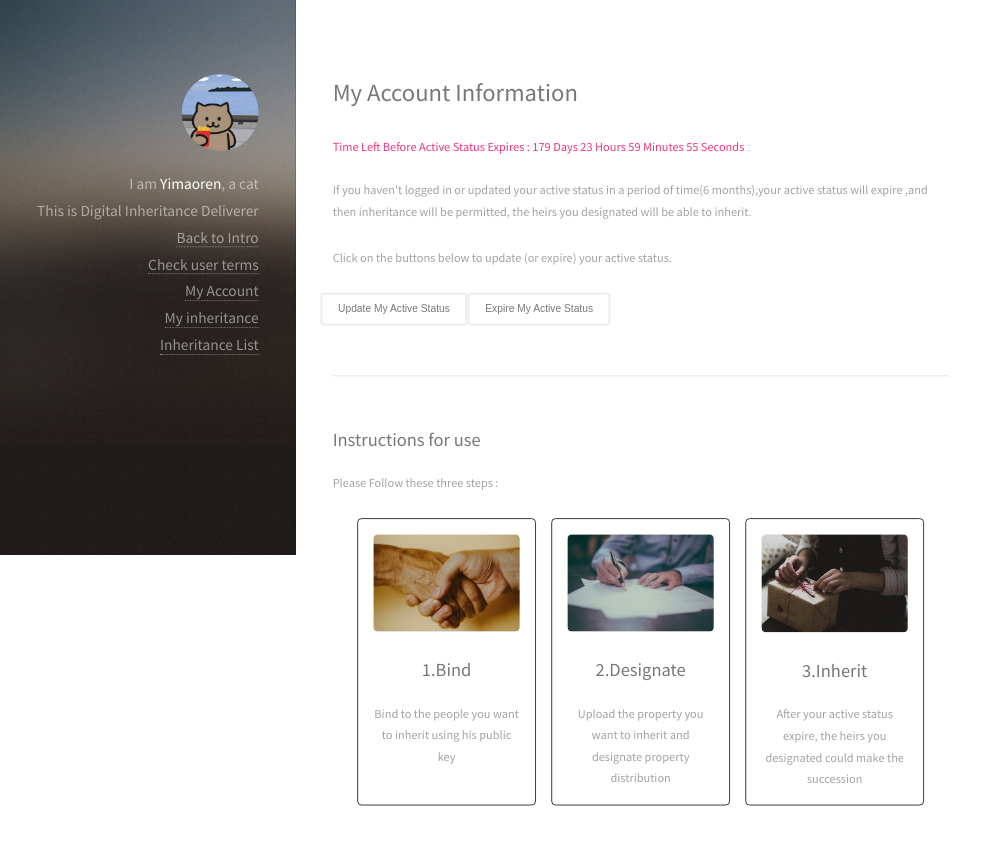
Repository: 1mocat/DID-blockchain-project
Page: Digital_I_D/app/src/myaccount.html
An editor plug-in stored every save of this project. The page is shown before and after the next save, followed by the edit.
The browser window is 1280 px wide. The pictures show the whole page, at 77% of full size.

Above is the page before, as saved 2023-10-02 23:57:44.

After the next save:
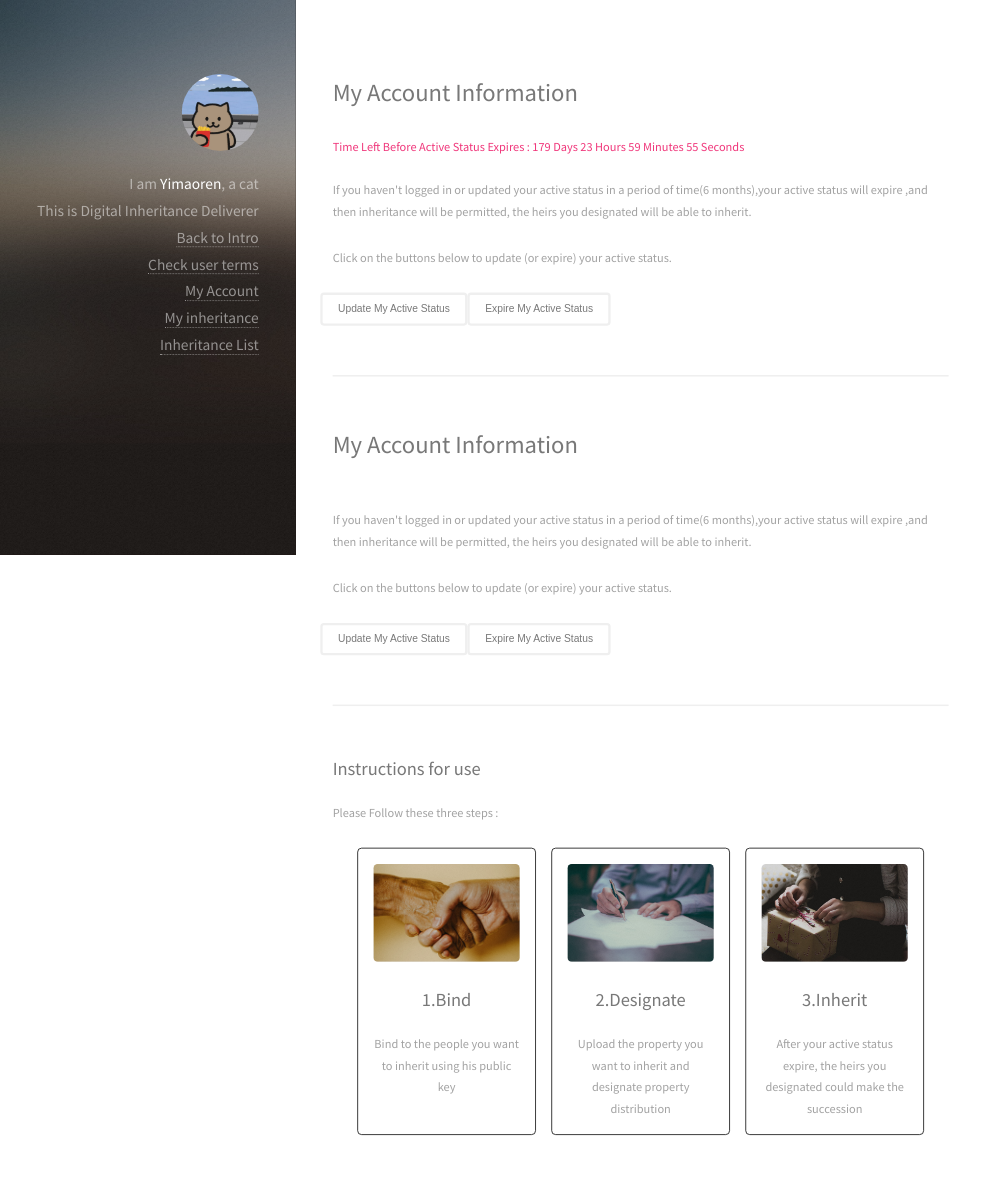
Console error: SyntaxError: Identifier 'targetDate' has already been declared
Saved 35 s later.
--- a/Digital_I_D/app/src/myaccount.html
+++ b/Digital_I_D/app/src/myaccount.html
@@ -100,7 +100,50 @@
 			</ul>
 		</section>
 
+		<section id="one">
+			<header class="major">
+				<h2>My Account Information</h2>
+				<div id="countdown"></div>
+				<script>
+					// 目标日期：当前日期 + 30*6 天
+					const targetDate = new Date();
+					targetDate.setDate(targetDate.getDate() + 30 * 6);
 
+					// 更新倒计时的函数
+					function updateCountdown() {
+						const currentDate = new Date();
+						const timeDifference = targetDate - currentDate;
+
+						if (timeDifference <= 0) {
+							document.getElementById('countdown').innerHTML = '倒计时结束';
+						} else {
+							const days = Math.floor(timeDifference / (1000 * 60 * 60 * 24));
+							const hours = Math.floor((timeDifference % (1000 * 60 * 60 * 24)) / (1000 * 60 * 60));
+							const minutes = Math.floor((timeDifference % (1000 * 60 * 60)) / (1000 * 60));
+							const seconds = Math.floor((timeDifference % (1000 * 60)) / 1000);
+
+							const countdownText = `Time Left Before Active Status Expires : ${days} Days ${hours} Hours ${minutes} Minutes ${seconds} Seconds`;
+							document.getElementById('countdown').innerHTML = countdownText;
+						}
+					}
+					// 初始调用更新倒计时
+					updateCountdown();
+					// 每秒更新一次倒计时
+					setInterval(updateCountdown, 1000);
+				</script>
+			</header>
+
+			<p><br>If you haven't logged in or updated your active status in a period of time(6 months),your active
+				status will expire ,and then inheritance will be permitted, the heirs you designated will be able to
+				inherit.
+				<br>
+			</p>
+			<p> Click on the buttons below to update (or expire) your active status. </p>
+			<ul class="actions">
+				<button onclick="" class="button">Update My Active Status </button>
+				<button onclick="" class="button">Expire My Active Status </button>
+			</ul>
+		</section>
 
 
 

After the 2 saves that followed:
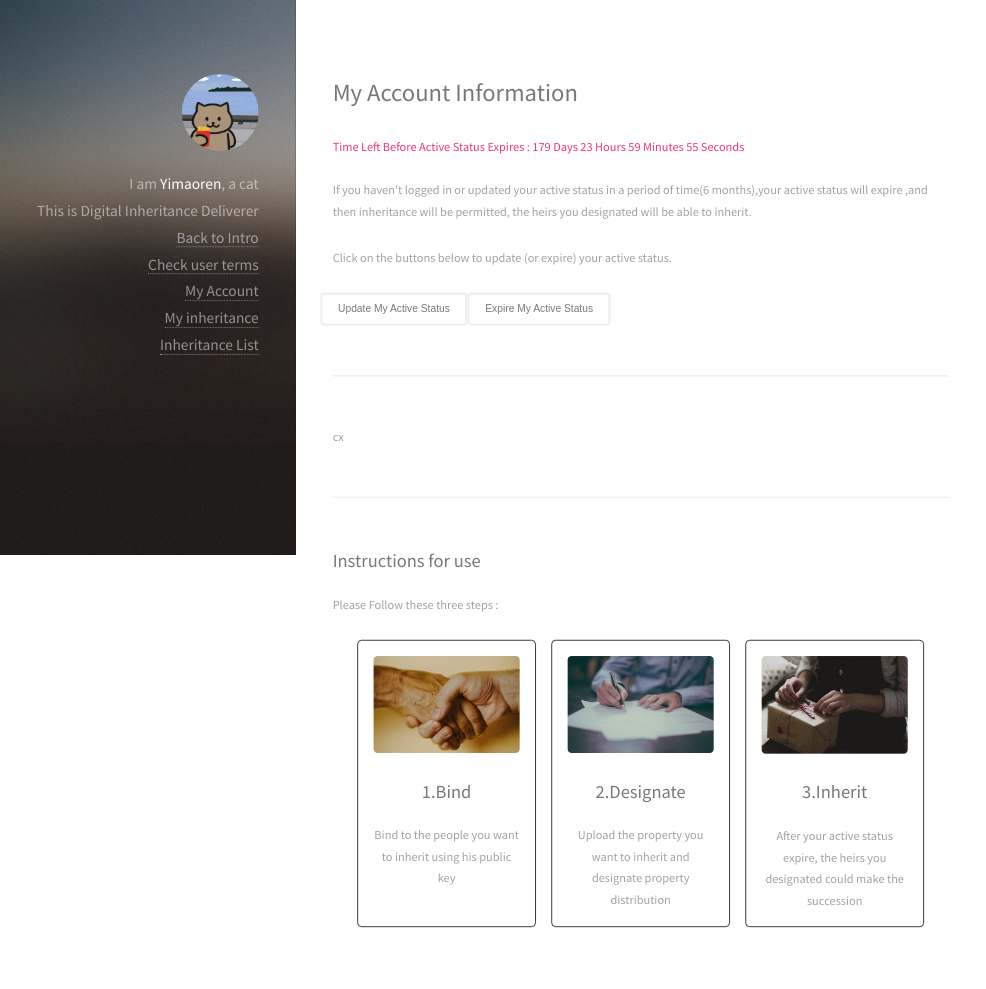
The error is gone.
The 2 saves are shown as one change because 1 left the picture as it was.
The last was saved 63 s later.
--- a/Digital_I_D/app/src/myaccount.html
+++ b/Digital_I_D/app/src/myaccount.html
@@ -100,49 +100,8 @@
 			</ul>
 		</section>
 
-		<section id="one">
-			<header class="major">
-				<h2>My Account Information</h2>
-				<div id="countdown"></div>
-				<script>
-					// 目标日期：当前日期 + 30*6 天
-					const targetDate = new Date();
-					targetDate.setDate(targetDate.getDate() + 30 * 6);
-
-					// 更新倒计时的函数
-					function updateCountdown() {
-						const currentDate = new Date();
-						const timeDifference = targetDate - currentDate;
-
-						if (timeDifference <= 0) {
-							document.getElementById('countdown').innerHTML = '倒计时结束';
-						} else {
-							const days = Math.floor(timeDifference / (1000 * 60 * 60 * 24));
-							const hours = Math.floor((timeDifference % (1000 * 60 * 60 * 24)) / (1000 * 60 * 60));
-							const minutes = Math.floor((timeDifference % (1000 * 60 * 60)) / (1000 * 60));
-							const seconds = Math.floor((timeDifference % (1000 * 60)) / 1000);
-
-							const countdownText = `Time Left Before Active Status Expires : ${days} Days ${hours} Hours ${minutes} Minutes ${seconds} Seconds`;
-							document.getElementById('countdown').innerHTML = countdownText;
-						}
-					}
-					// 初始调用更新倒计时
-					updateCountdown();
-					// 每秒更新一次倒计时
-					setInterval(updateCountdown, 1000);
-				</script>
-			</header>
-
-			<p><br>If you haven't logged in or updated your active status in a period of time(6 months),your active
-				status will expire ,and then inheritance will be permitted, the heirs you designated will be able to
-				inherit.
-				<br>
-			</p>
-			<p> Click on the buttons below to update (or expire) your active status. </p>
-			<ul class="actions">
-				<button onclick="" class="button">Update My Active Status </button>
-				<button onclick="" class="button">Expire My Active Status </button>
-			</ul>
+		<section id="two">
+			cx
 		</section>
 
 
